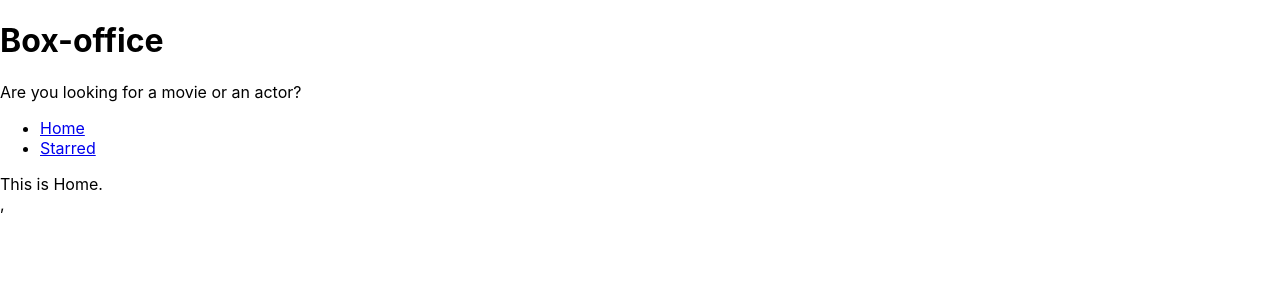
Repository: AishwaryaPandey987/Box-office-app
Page: /#/
An editor plug-in stored every save of this project. The page is shown before and after the next save, followed by the edit.
The browser window is 1280 px wide. The pictures show the whole page.
The project was rebuilt for these pictures with package versions that can differ from the ones it lists, and the page was loaded fresh each time. A package was used in the major version that the imports need, not the one package.json lists. Also part of the build but not shown: src/pages/starred.js.

Above is the page before, as saved 2022-02-15 19:11:19.

### src/index.js
import React from 'react';
import ReactDOM from 'react-dom';
import { BrowserRouter} from 'react-router-dom';
import "./index.css";
import App from './App';
import * as serviceWorkerRegistration from './serviceWorkerRegistration';
import reportWebVitals from './reportWebVitals';

ReactDOM.render(
  <BrowserRouter>
<App />,
</BrowserRouter>,

  document.getElementById('root')
);

// If you want your app to work offline and load faster, you can change
// unregister() to register() below. Note this comes with some pitfalls.
// Learn more about service workers: https://cra.link/PWA
serviceWorkerRegistration.unregister();

// If you want to start measuring performance in your app, pass a function
// to log results (for example: reportWebVitals(console.log))
// or send to an analytics endpoint. Learn more: https://bit.ly/CRA-vitals
reportWebVitals();

### src/App.js
/* eslint-disable no-unused-vars */
import React from 'react';
import { Switch, Route } from 'react-router-dom';
import starred from './pages/starred';

import Home from './pages/Home';


// eslint-disable-entire- file react/function-component-definition
function App() {
  return (

      <Switch>
        <Route exact path="/">
         <Home/>
        </Route>

        <Route path="/starred">
          <starred/>
          </Route>

        <Route>Not Found.</Route>
      </Switch>

  );
}

export default App;

### src/serviceWorkerRegistration.js
// This optional code is used to register a service worker.
// register() is not called by default.
/* eslint-disable  */

// This lets the app load faster on subsequent visits in production, and gives
// it offline capabilities. However, it also means that developers (and users)
// will only see deployed updates on subsequent visits to a page, after all the
// existing tabs open on the page have been closed, since previously cached
// resources are updated in the background.

// To learn more about the benefits of this model and instructions on how to
// opt-in, read https://cra.link/PWA

const isLocalhost = Boolean(
  window.location.hostname === 'localhost' ||
    // [::1] is the IPv6 localhost address.
    window.location.hostname === '[::1]' ||
    // 127.0.0.0/8 are considered localhost for IPv4.
    window.location.hostname.match(/^127(?:\.(?:25[0-5]|2[0-4][0-9]|[01]?[0-9][0-9]?)){3}$/)
);

export function register(config) {
  if (process.env.NODE_ENV === 'production' && 'serviceWorker' in navigator) {
    // The URL constructor is available in all browsers that support SW.
    const publicUrl = new URL(process.env.PUBLIC_URL, window.location.href);
    if (publicUrl.origin !== window.location.origin) {
      // Our service worker won't work if PUBLIC_URL is on a different origin
      // from what our page is served on. This might happen if a CDN is used to
      // serve assets; see https://github.com/facebook/create-react-app/issues/2374
      return;
    }

    window.addEventListener('load', () => {
      const swUrl = `${process.env.PUBLIC_URL}/service-worker.js`;

      if (isLocalhost) {
        // This is running on localhost. Let's check if a service worker still exists or not.
        checkValidServiceWorker(swUrl, config);

        // Add some additional logging to localhost, pointing developers to the
        // service worker/PWA documentation.
        navigator.serviceWorker.ready.then(() => {
          console.log(
            'This web app is being served cache-first by a service ' +
              'worker. To learn more, visit https://cra.link/PWA'
          );
        });
      } else {
        // Is not localhost. Just register service worker
        registerValidSW(swUrl, config);
      }
    });
  }
}

function registerValidSW(swUrl, config) {
  navigator.serviceWorker
    .register(swUrl)
    .then((registration) => {
      registration.onupdatefound = () => {
        const installingWorker = registration.installing;
        if (installingWorker == null) {
          return;
        }
        installingWorker.onstatechange = () => {
          if (installingWorker.state === 'installed') {
            if (navigator.serviceWorker.controller) {
              // At this point, the updated precached content has been fetched,
              // but the previous service worker will still serve the older
              // content until all client tabs are closed.
              console.log(
                'New content is available and will be used when all ' +
                  'tabs for this page are closed. See https://cra.link/PWA.'
              );

              // Execute callback
              if (config && config.onUpdate) {
                config.onUpdate(registration);
              }
            } else {
              // At this point, everything has been precached.
              // It's the perfect time to display a
              // "Content is cached for offline use." message.
              console.log('Content is cached for offline use.');

              // Execute callback
              if (config && config.onSuccess) {
                config.onSuccess(registration);
              }
            }
          }
        };
      };
    })
    .catch((error) => {
      console.error('Error during service worker registration:', error);
    });
}

function checkValidServiceWorker(swUrl, config) {
  // Check if the service worker can be found. If it can't reload the page.
  fetch(swUrl, {
    headers: { 'Service-Worker': 'script' },
  })
    .then((response) => {
      // Ensure service worker exists, and that we really are getting a JS file.
      const contentType = response.headers.get('content-type');
      if (
        response.status === 404 ||
        (contentType != null && contentType.indexOf('javascript') === -1)
      ) {
        // No service worker found. Probably a different app. Reload the page.
        navigator.serviceWorker.ready.then((registration) => {
          registration.unregister().then(() => {
            window.location.reload();
          });
        });
      } else {
        // Service worker found. Proceed as normal.
        registerValidSW(swUrl, config);
      }
    })
    .catch(() => {
      console.log('No internet connection found. App is running in offline mode.');
    });
}

export function unregister() {
  if ('serviceWorker' in navigator) {
    navigator.serviceWorker.ready
      .then((registration) => {
        registration.unregister();
      })
      .catch((error) => {
        console.error(error.message);
      });
  }
}

### src/pages/Home.js
import React from 'react'
import MainpageLayout from '../components/MainpageLayout';

// eslint-disable-next-line react/function-component-definition
const Home = () => {
  return (
    <MainpageLayout>
      This is  Home.</MainpageLayout>
  )
}

export default Home;

### src/components/MainpageLayout.js
/* eslint-disable react/function-component-definition */
import React from 'react'
import Navs from './Navs';
import Title from './Title';

const MainpageLayout = ({children}) => {
  return (
    <div>
      <Title title="Box-office"
      subtitle="Are you looking for a movie or an actor?"/>

      <Navs />

      {children}
    </div>

  )
}

export default MainpageLayout

### src/components/Navs.js
import React from 'react'
import { Link } from 'react-router-dom';


// eslint-disable-next-line no-unused-vars
const LINKS = [
   {to : '/' , text : 'Home' },
   { to :'/starred' , text: 'Starred' },
];

 // eslint-disable-next-line react/function-component-definition
 const  Navs = () => {
  return (
    <div>
      <ul>
        { LINKS.map (item => (
          <li key={item.to}>
            <Link to={item.to}>{item.text}</Link>
          </li>
        ))}
      </ul>
    </div>
  );
}

export default Navs;

### src/components/Title.js
/* eslint-disable jsx-a11y/heading-has-content */
/* eslint-disable react/self-closing-comp */
/* eslint-disable react/function-component-definition */
/* eslint-disable no-unused-expressions */
import React from 'react'

const Title = ({title, subtitle}) => {
  return (
    <div>
      <h1>{title}</h1>
      <p>{subtitle}</p>
    </div>
  )
}

export default Title

Loaded but not shown: public/index.html (common file); src/index.css (common file); src/reportWebVitals.jsx (common file)

After the next save:
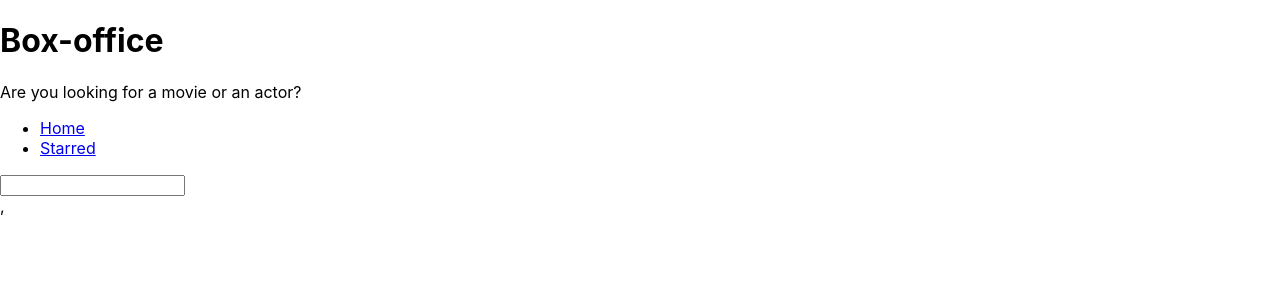
Saved 14 min 27 s later.
--- a/src/pages/Home.js
+++ b/src/pages/Home.js
@@ -1,11 +1,19 @@
-import React from 'react'
+/* eslint-disable no-unused-vars */
+/* eslint-disable react/self-closing-comp */
+import React, { useState} from 'react'
 import MainpageLayout from '../components/MainpageLayout';
 
 // eslint-disable-next-line react/function-component-definition
 const Home = () => {
+  const [input, setInput] =useState(' ');
+
+  const onInputchange = ev =>{
+    console.log(ev);
+  };
   return (
     <MainpageLayout>
-      This is  Home.</MainpageLayout>
+     <input type="text" onChange={onInputchange}/>
+      </MainpageLayout>
   )
 }
 
